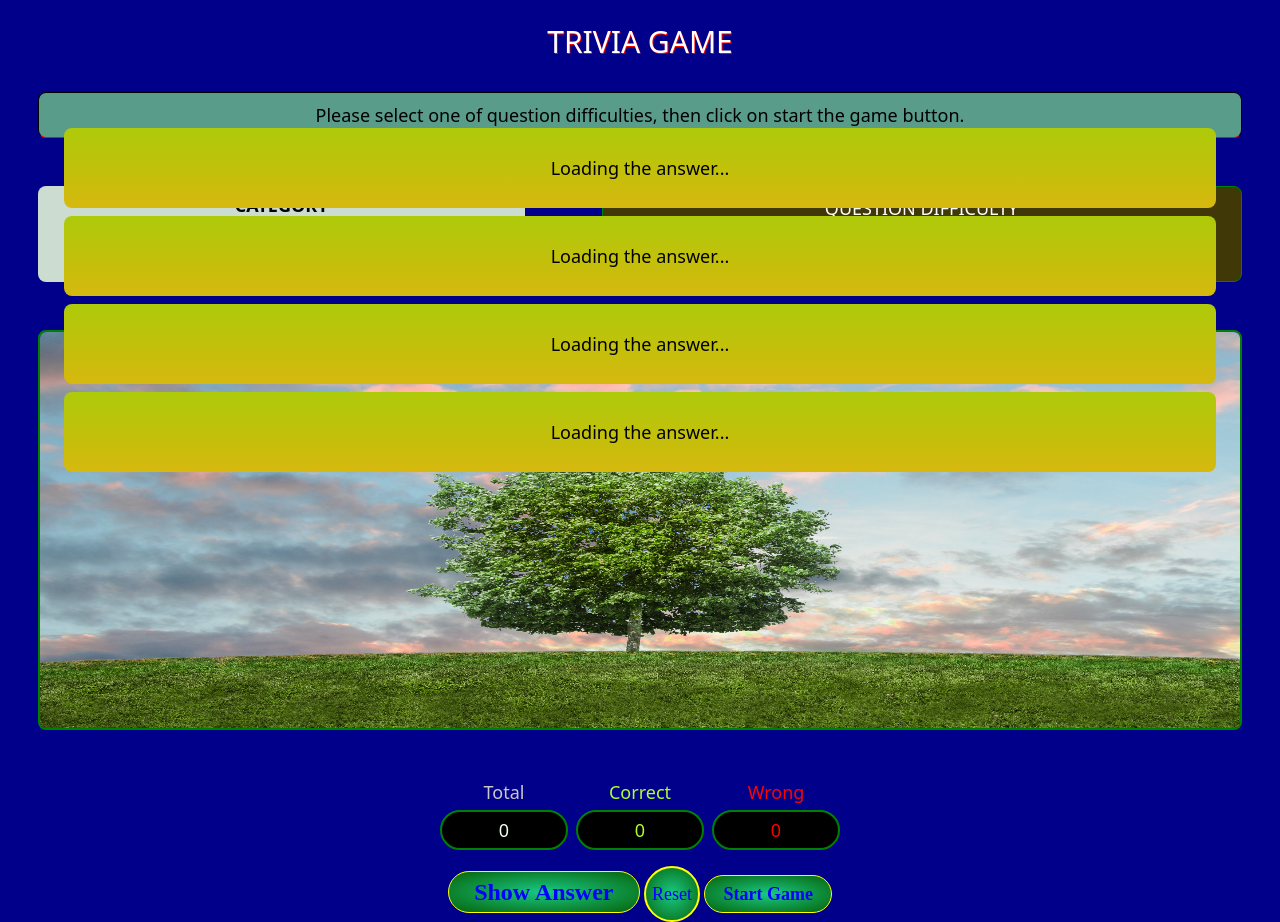
Repository: ShindanoSingi/bembe-trivia
Page: index.html
The author's editor kept a copy of each file at every save. The page is drawn from the files as they stood at one save, then again after the next save.
The browser window is 1280 px wide. The pictures show the whole page.
Some web libraries are served in a nearby version.

Above is the page before, as saved 2022-09-08 01:33:02.

### index.html
<!DOCTYPE html>
<html lang="en">

    <head>
        <meta charset="UTF-8">
        <meta http-equiv="X-UA-Compatible" content="IE=edge">
        <meta name="viewport" content="width=device-width, initial-scale=1.0">
        <link rel="stylesheet" href="style.css">
        <script src="https://cdn.tailwindcss.com"></script>
        <title>Trivia Game</title>
    </head>

    <body class="">
        <div class="containerBox max-h-[100vh] my-2 flex flex-col gap-[3rem]">
            <h1 class="text-center text-3xl relative top-4" >TRIVIA GAME</h1>
            <div class="questionBox text-center w-[94vw] md:text-lg h-[6.5rem] p-2 md:p-2 mx-auto rounded-lg">
                Please select one of question difficulties, then click on start the game button.
            </div>
            <div class="category-and-difficulty-container items-center justify-around flex">
                <div class="category-container w-[38vw] md:h-[6rem] h-[4.5rem] bg-[#CDDCD1] flex items-center flex-col py-[0.3rem] rounded-lg">
                    <div class="labelCategory text-sm md:text-lg font-bold md:font-bold text-black">CATEGORY</div>
                    <div class="category text-sm md:text-lg text-center p-1 rounded-lg">
                        Loading category...
                    </div>
                </div>
                <div class="qDifficultyBox w-[50vw] pb-1 rounded-lg items-center flex h-[4.5rem] md:h-[6rem] justify-around flex-col">
                        <div id="question" class="qCat md:text-lg text-sm">QUESTION DIFFICULTY</div>
                        <div class="difficulties-container md:flex md:space-x-6 flex gap-1">
                            <button class="difficulty px-1.5 md:w-[6rem] text-sm md:text-lg rounded-full" id="easy">Easy</button>
                            <button class="difficulty md:w-[6rem] px-1.5 rounded-full md:text-lg text-sm" id="medium">Medium</button>
                            <button class="difficulty md:w-[6rem] px-1.5 text-sm md:text-lg rounded-full" id="hard">Hard</button>
                    </div>
                </div>
            </div>
            <div class="imgAndQuestions">
                <img class="w-[94vw] h-[25rem] mx-auto" src="pexels-skitterphoto-9198.jpg" alt="nature image">
                <div class="answersButtons absolute md:absolute md:bottom-[15.5rem] bottom-[17.2rem] ml-[5vw] flex space-y-2 items-center  flex-col">
                    <button class="showAnswer md:text-lg w-[90vw] p-1 absolute bottom-[17rem] mx-auto text-sm h-[5rem]">Loading the answer...</button>
                    <button class="response md:text-lg w-[90vw] p-1 text-center text-md h-[5rem]" id="response1">Loading the answer...</button>
                    <button class="response md:text-lg w-[90vw] p-1 text-md h-[5rem]" id="response2">Loading the answer...</button>
                    <button class="response md:text-lg w-[90vw] p-1 text-md h-[5rem]" id="response3">Loading the answer...</button>
                    <button class="response md:text-lg w-[90vw] p-1 text-md h-[5rem]" id="response4">Loading the answer...</button>
                    </div>
                </div>

            <div id="bottomPart" class="flex  mx-auto flex-col items-center gap-4">
                <div class="labelsAndButtons relative left-1 flex space-x-2">
                    <div class="question-number flex flex-col items-center">
                        <p class="labels md:text-lg pb-1" id="labelQ">Total</p>
                        <div class="bottombuttons md:w-[8rem] md:text-lg w-[5rem] text-center py-1" id="questionNumber">0</div>
                    </div>
                    <div class="correct-answers md:text-lg flex flex-col items-center">
                        <p class="labels pb-1" id="labelC">Correct</p>
                        <div class="bottombuttons md:text-lg w-[5rem] md:w-[8rem] text-center py-1" id="correct">0</div>
                    </div>
                    <div class="wrong-answers md:text-lg flex flex-col items-center">
                        <p class="labels pb-1" id="labelW">Wrong</p>
                        <div class="bottombuttons md:w-[8rem] md:text-lg w-[5rem] text-center py-1" id="wrong">0</div>
                    </div>
                    <div class="timerQuestionCorrectWrong"></div>
                </div>
                <div class="threeBottomButtons">
                    <button class="w-[8rem] text-lg md:text-2xl md:w-48 py-1" id="showAnswer">Show Answer</button>
                    <button class="reset text-lg p-1 w-[3.5rem] h-[3.5rem] rounded-full">Reset</button>
                    <button class="startGame text-lg w-[8rem] py-1">Start Game</button>
                </div>
            </div>
            </div>
        <script src="./script.js"></script>
    </body>
</html>

### style.css

/* iPhone 8 and smaller */

    /*  Set h1 text to red */
    h1 {
        color: #fff;
        text-shadow: 0.05rem 0.05rem red;
    }

    /* The box containing the question */
    .questionBox {
        color: rgb(0, 0, 0);
        border: 0.02rem solid;
        background-color: rgb(89, 156, 138);
        border-bottom-color: red;
    }

    /* Label for category */
    .labelCategory {
        color: white;
    }

    /* The show answer message box */
    .showAnswer {
        color: honeydew;
        visibility: hidden;
        border: 0.1rem solid green;
        border-radius: 0.5rem;
        background-color:rgb(2, 27, 3);
    }
    /*  Individual difficulty button */
    .difficulty {
        background-image: linear-gradient(rgb(16, 221, 142), rgb(4, 58, 7));
        border: 0.2rem solid rgb(21, 139, 35);
        color: white;
    }

    /*  Class containing all difficulty buttons */
    .difficulties-container {
        border-color: green;
    }
    /* The box containing difficulty buttons */
    .qDifficultyBox {
        border: 0.14vh solid green;
        background-color: rgb(65, 56, 8);
        color: white;
    }

    /* image */
    img {
        border: 0.15rem solid green;
        border-radius: 0.5rem;
    }
    /* all response buttons */
    .response {
        border-color: green;
        background-image: linear-gradient(rgb(173, 202, 9), rgb(214, 184, 14));
        color: black;
        border-radius: 0.5rem;
    }
    /* All response buttons */
    .response:hover {
        background-image: linear-gradient(rgb(32, 90, 165), rgb(72, 168, 192));
    }

    /* Show answer button */
    #showAnswer {
        color: blue;
        border: 0.54vh solid green;
        border: 0.27vh solid yellow;
        border-radius: 20rem;
        font-family: cursive;
        font-weight: bold;
        background-image: radial-gradient(rgb(25, 201, 133), rgb(6, 99, 10));
    }
    #showAnswer:hover {
        background-image: radial-gradient(rgb(201, 25, 25), rgb(93, 99, 6));
        color: white;
    }
    /* Start game button */
    .startGame {
        color: blue;
        border: 0.54vh solid green;
        border: 0.27vh solid yellow;
        border-radius: 20rem;
        font-family: cursive;
        font-weight: bold;
        background-image: radial-gradient(rgb(25, 201, 133), rgb(6, 99, 10));
    }
    /* Start game button */
    .startGame:hover {
        background-image: radial-gradient(rgb(201, 25, 25), rgb(93, 99, 6));
        color: white;
    }
    /* Reset button */
    .reset {
        color: blue;
        border: 0.5rem solid green;
        border: 0.15rem solid yellow;
        font-family: cursive;
        background-image: radial-gradient(rgb(25, 201, 133), rgb(6, 99, 10));
    }
    /* Reset button */
    .reset:hover {
        background-image: radial-gradient(rgb(201, 25, 25), rgb(93, 99, 6));
        color: white;
    }

    /* Class containing the 3 bottom labels  (total questions, correct answers and wrong answers) */
    .question-number {
        color: rgb(205, 200, 200);
    }

    .correct-answers {
        color: greenyellow;
    }

    .wrong-answers {
        color: red;
    }

    /* The bottom boxes for total question number, correct answers and wrong answers */
    .bottombuttons {
        border: 0.15rem solid green;
        background-color: black;
        color: honeydew;
        border-radius: 2rem;
    }

    /* Set the wrong anser to red */
    #wrong {
        color: rgb(255, 0, 0);
    }
    /* Set the correct anser to green */
    #correct {
        color: greenyellow;
    }

    /* Change the color when "easy" button is hovered over */
    #easy:hover {
        background-image: linear-gradient(rgb(202, 9, 9), rgb(214, 184, 14));
    }
    /* Change the color when "easy" button is hovered over */
    #medium:hover {
        background-image: linear-gradient(rgb(202, 9, 9), rgb(214, 184, 14));
    }
    /* Change the color when "easy" button is hovered over */
    #hard:hover {
        background-image: linear-gradient(rgb(202, 9, 9), rgb(214, 184, 14));
    }

    body {
      background-color: darkblue;
    }

### script.js
// Declaring variables

// Capture win window
let winWindow = document.querySelector('.win');

// Declae win reset button
let winResetButton = document.querySelector('.winReset');

// define lose reset button
let loseResetButton = document.querySelector('.loseReset');

// define lose window
let loseWindow = document.querySelector('.lose');

// define win image
let winImage = document.querySelector('.winImage')

// define a message if the payer loses the game
let loseMessage = document.querySelector('#losePar');

// define
let video = document.querySelector('#myVideo');

// Get Body content
let body = document.querySelector('body');

// This will hold category information
let category = document.querySelector('.category');

// This will hold the question
let question = document.querySelector('.questionBox');

// This is for all response buttons
let answerButtons = document.querySelector('.answersButtons');

// Define difficulty buttons
let difficultyButtons = document.querySelector('.difficulties-container');

// Define image
let image = document.querySelector('img');

// Define audio button
let audioButton = document.querySelector('.audio');

// Declaring individual difficulty buttons
let easyButton = document.querySelector('#easy');
let mediumButton = document.querySelector('#medium');
let hardButton = document.querySelector('#hard');

// This is for individual responses
let response1 = document.querySelector('#response1');
let response2 = document.querySelector('#response2');
let response3 = document.querySelector('#response3');
let response4 = document.querySelector('#response4');

// Define the total number of questions' box.
let totNumQuestionsBox = document.querySelector('#questionNumber');

// This will hold number of correct answers
let cAnswer = document.querySelector('#correct');

// This will hold number of wrong answers
let wAnswer = document.querySelector('#wrong');

// Define the "show answer" button
let showAnswerButton = document.querySelector('#showAnswer');

let corrAnswer;

// Create new audio objects
// Code source: https://www.w3schools.com/jsref/met_audio_play.asp
let audio = new Audio('general-logo-13395.mp3');

let questionscoreCount = 0;
let correctAnswerScoreCount = 0;
let wrongAnswerscoreCount = 0;
let scoreCount = 0;
let clear = '';
let difficulty = '';

// Set winning scoreCount
let winningscoreCount = 6;

let highscoreCount = 0;

let startGame = document.querySelector('.startGame');

// Takes the response from fetch
let triviaQuestion;

// Define a global url which will be accessed by multiple functions
let url;

// Array of all Images/jpg
// https://www.pexels.com/search/environment/
let arrayImages = [];
arrayImages.push('pexels-ákos-szabó-440731.jpg');
arrayImages.push('pexels-atikul-haque-rafat-679598.jpg');
arrayImages.push('pexels-felix-mittermeier-957024.jpg');
arrayImages.push('pexels-ian-turnell-709552.jpg');
arrayImages.push('pexels-karolina-grabowska-5750182.jpg');
arrayImages.push('pexels-mahima-1250260.jpg');
arrayImages.push('pexels-mali-maeder-142497.jpg');
arrayImages.push('pexels-matthias-cooper-580900.jpg');
arrayImages.push('pexels-min-an-1131458.jpg');
arrayImages.push('pexels-minamarie-michell-570041.jpg');
arrayImages.push('pexels-olya-kobruseva-5236397.jpg');
arrayImages.push('pexels-pixabay-33044.jpg');
arrayImages.push('pexels-pixabay-221012.jpg');
arrayImages.push('pexels-pixabay-235615.jpg');
arrayImages.push('pexels-pixabay-259280.jpg');
arrayImages.push('pexels-pixabay-302804.jpg');
arrayImages.push('pexels-pixabay-414090.jpg');
arrayImages.push('pexels-pixabay-459225.jpg');
arrayImages.push('pexels-pixabay-459225.jpg');
arrayImages.push('pexels-pixabay-460621.jpg');
arrayImages.push('pexels-scott-webb-1048033.jpg');
arrayImages.push('pexels-skitterphoto-9198.jpg');
arrayImages.push('pexels-sohail-na-807598.jpg');

// for correct and wrong answer song; source code:
// https://www.dreamstime.com/stock-music-sound-effect/wrong-answer-answer.html

// Reset the game when the "Reset" button is clicked
let resetButton = document.querySelector('.reset');
resetButton.addEventListener('click', () => {

    // Code source: https://www.w3schools.com/jsref/met_audio_play.asp
    audio.volume = 0.2;

    // Refresh the page/window
    window.location.reload();
});

// Assign color to all answer buttons and call "play" function
let startButton = () => {

    // Increament the score count.
    scoreCount++;

    // Select all responses buttons.
    let responses = document.querySelectorAll('.response');
    responses.forEach(response => {
        response.style.backgroundImage = 'linear-gradient(rgb(173, 202, 9), rgb(57, 14, 214));'
    })

    // When the "Start The Game" button is presNexted, Call "play" function
    play();
}

// Select difficulty buttons
difficultyButtons.addEventListener('click', e => {

    // Target the element/button by its id.
    difficulty = e.target.id;

    // Only change the color "easy" button is selected, then enable "Start The Game"
    if (difficulty === 'easy') {

        // Only change the background of "easy button" to a different color, and let other bottons'
        // colors unchanged.
        e.target.style.backgroundImage = 'linear-gradient(rgb(9, 25, 202), rgb(81, 14, 214))';
        mediumButton.style.backgroundImage = `linear-gradient(rgb(16, 221, 142), rgb(4, 58, 7))`;
        hardButton.style.backgroundImage = `linear-gradient(rgb(16, 221, 142), rgb(4, 58, 7))`;

        // Start the Game when "Start The Game" is clicked
        let startGame = document.querySelector('.startGame');
        startGame.addEventListener('click', () => {
            startButton();
        });
    }

    // Only change the color "medium" button is selected, then enable "Start The Game"
    else if (difficulty === 'medium') {

        // Only change the background of "medium button" to a different color, and let other bottons'
        // colors unchanged.
        e.target.style.backgroundImage = 'linear-gradient(rgb(9, 25, 202), rgb(81, 14, 214))';
        easyButton.style.backgroundImage = `linear-gradient(rgb(16, 221, 142), rgb(4, 58, 7))`;
        hardButton.style.backgroundImage = `linear-gradient(rgb(16, 221, 142), rgb(4, 58, 7))`;

        // Start the Game when "Start The Game" is clicked
        startGame.addEventListener('click', () => {
            startButton();
        });
    }

    // Only change the color "hard" button is selected, then enable "Start The Game"
    else if (difficulty === 'hard') {

        // Only change the background of "hard button" to a different color, and let other bottons'
        // colors unchanged.
        e.target.style.backgroundImage = 'linear-gradient(rgb(9, 25, 202), rgb(81, 14, 214))';
        mediumButton.style.backgroundImage = `linear-gradient(rgb(16, 221, 142), rgb(4, 58, 7))`;
        easyButton.style.backgroundImage = `linear-gradient(rgb(16, 221, 142), rgb(4, 58, 7))`;



        // Start the Game when "Start The Game" is clicked
        startGame.addEventListener('click', () => {
            startButton();
        });
    }

    // Return the value of the chosen difficulty button.
    return difficulty;
})



// Play the game when the start game button is click.
function play() {

    // Define and get a random number
    // Source: https://www.w3schools.com/jsref/jsref_random.asp
    let randomQuestion = Math.floor(Math.random() * 10 + 9);

    // Get the question from the API
    // Source: https://opentdb.com/api_config.php
    url = `https://opentdb.com/api.php?amount=50&difficulty=${difficulty}&type=multiple`

    // Define an empty array that will hold the correct answer and 3 wrong answers
    let arr = [];

    // fetch the the result for the above url.
    fetch(url)
        .then(res => {
            return res.json()
        })

        .then(res => {

            triviaQuestion = res;

            // Capture the correct from the response
            corrAnswer = res.results[0].correct_answer;

            arr.push(res.results[0].correct_answer);
            arr.push(res.results[0].incorrect_answers[0])
            arr.push(res.results[0].incorrect_answers[2])
            arr.push(res.results[0].incorrect_answers[1])

            category.innerHTML = res.results[0].category
            question.innerHTML = res.results[0].question

            // Assigning answers to answers buttons
            response1.innerHTML = arr[0];
            response2.innerHTML = arr[1];
            response3.innerHTML = arr[2];
            response4.innerHTML = arr[3];

            // Shuffling the array to avoid answers pattern.
            for (let i = arr.length - 1; i > 0; i--) {
                let j = Math.floor(Math.random() * (i + 1))

                let tempNum = arr[i];
                arr[i] = arr[j];
                arr[j] = tempNum;
            }
        })
}


// Track the clicking event of each answerButton
answerButtons.addEventListener('click', (event) => {

    // Check if the selected answer is equal to correct answer
    if (event.target.innerText === triviaQuestion.results[0].correct_answer) {

        // Increment total number of question
        scoreCount++;

        // Increament the the number of correct answers.
        correctAnswerScoreCount++;

        // Write the correct answer in the correct answer box
        cAnswer.innerText = correctAnswerScoreCount;

        for (let i = arrayImages.length - 1; i > 0; i--) {
            let j = Math.floor(Math.random() * (i + 1))

            let tempNum = arrayImages[i];
            arrayImages[i] = arrayImages[j];
            arrayImages[j] = tempNum;
        }

        // Play a random video
        image.src = arrayImages[1];

        // Set the background of the correct answer to green
        event.target.style.backgroundImage = `linear-gradient(rgb(0, 255, 106),
        rgb(9, 106, 28))`;

        // Call the next question
        nextQuestion()
    }

    // Check if the selected answer is not equal to the correct answer
    else if (event.target.innerText !== triviaQuestion.results[0].correct_answer) {

        // Play this audio if the answer is incorrect
        let audioWrongAnswer = new Audio('wrongAnswer.mp3');


        for (let i = arrayImages.length - 1; i > 0; i--) {
            let j = Math.floor(Math.random() * (i + 1))

            let tempNum = arrayImages[i];
            arrayImages[i] = arrayImages[j];
            arrayImages[j] = tempNum;
        }

        // Play a random video
        image.src = arrayImages[0];

        // Incremment scoreCount
        scoreCount++;

        // Increament the the number of incorrect answers.
        wrongAnswerscoreCount++;

        // Set the background of the correct answer to red
        event.target.style.backgroundImage = 'linear-gradient(rgb(220, 7, 7), #fa0a0a)';

        // Write the incorrect answer in the wrong answer box
        wAnswer.innerHTML = wrongAnswerscoreCount;
    }

    // Call the next question
    nextQuestion();
})

// Refresh the window reset all numbers to 0 and all texts to empty.
function refreshWindow() {
    window.location.reload()
}

// This function runs when the player calls for the next question.
function nextQuestion() {


    // Source: https://www.w3schools.com/jsref/jsref_random.asp
    let randomQuestions = Math.floor(Math.random() * 10 + 9);

    let urlNext = `https://opentdb.com/api.php?amount=1&category=${randomQuestions}&type=multiple`

    let arrNext = [];

    fetch(urlNext)
        .then(resNext => {
            return resNext.json()
        })

        .then(resNext => {

            // Capture the correct from the response
            corrAnswer = resNext.results[0].correct_answer;

            // Assign the response from fetch to triviaQuestion
            triviaQuestion = resNext;

            arrNext.push(resNext.results[0].correct_answer);
            arrNext.push(resNext.results[0].incorrect_answers[0])
            arrNext.push(resNext.results[0].incorrect_answers[2])
            arrNext.push(resNext.results[0].incorrect_answers[1])

            // Shuffling the array to avoid answers pattern.
            // source: https://www.geeksforgeeks.org/how-to-shuffle-an-array-using-javascript/

            for (let i = arrNext.length - 1; i > 0; i--) {
                let j = Math.floor(Math.random() * (i + 1))

                let tempNums = arrNext[i];
                arrNext[i] = arrNext[j];
                arrNext[j] = tempNums;
            }

            // Assigning original coloanswers to answers buttons
            response1.innerHTML = arrNext[0];
            response1.style.backgroundImage = 'linear-gradient(rgb(173, 202, 9), rgb(57, 14, 214))'

            response2.innerHTML = arrNext[1];
            response2.style.backgroundImage = 'linear-gradient(rgb(173, 202, 9), rgb(57, 14, 214))'

            response3.innerHTML = arrNext[2];
            response3.style.backgroundImage = 'linear-gradient(rgb(173, 202, 9), rgb(57, 14, 214))'

            response4.innerHTML = arrNext[3];
            response4.style.backgroundImage = 'linear-gradient(rgb(173, 202, 9), rgb(57, 14, 214))'

            category.innerHTML = resNext.results[0].category
            question.innerHTML = resNext.results[0].question

            console.log(resNext.results[0])

        })
}

// Display the answer if the "show Andwer" button is clicked for 1 second, then hide the answer.
showAnswerButton.addEventListener('click', () => {
    let answerBox = document.querySelector('.showAnswer');

    setTimeout(function () {
        answerBox.style.visibility = 'visible';
        answerBox.style.zIndex = '100';

        answerBox.innerHTML = corrAnswer;
        //Hide the answer
        setTimeout(function () {
            answerBox.style.visibility = 'hidden';

        }, 1000)
    }, 1000)

    if (answerBox.innerHTML === 'undefined') {
        answerBox.innerHTML = "Loading the answer...";
    }
    else {
        answerBox.innerHTML = "Loading the answer...";
    }
})

After the next save:
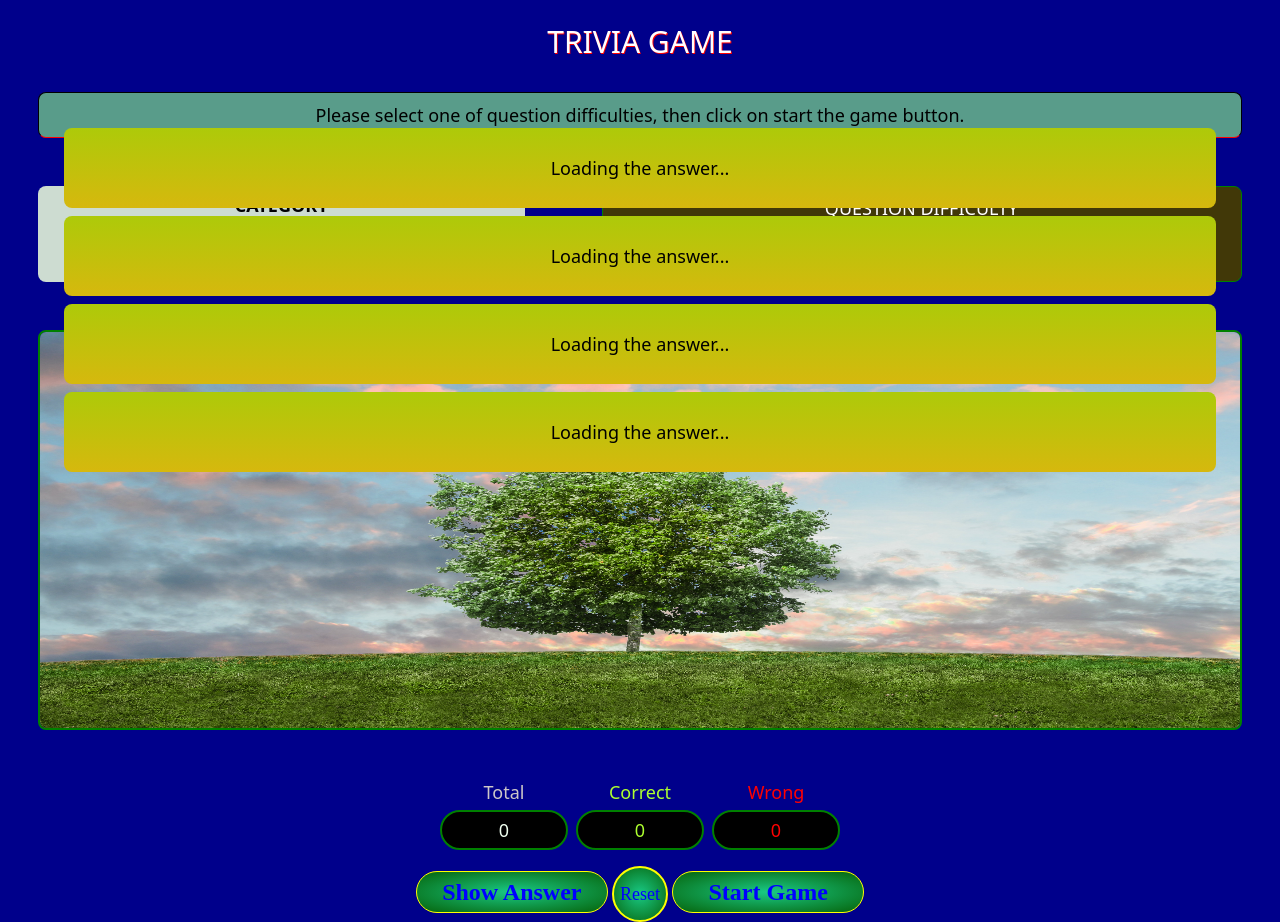
Saved 22 s later.
--- a/index.html
+++ b/index.html
@@ -62,7 +62,7 @@
                 <div class="threeBottomButtons">
                     <button class="w-[8rem] text-lg md:text-2xl md:w-48 py-1" id="showAnswer">Show Answer</button>
                     <button class="reset text-lg p-1 w-[3.5rem] h-[3.5rem] rounded-full">Reset</button>
-                    <button class="startGame text-lg w-[8rem] py-1">Start Game</button>
+                    <button class="startGame text-lg w-[8rem] md:text-2xl md:w-48 py-1">Start Game</button>
                 </div>
             </div>
             </div>
